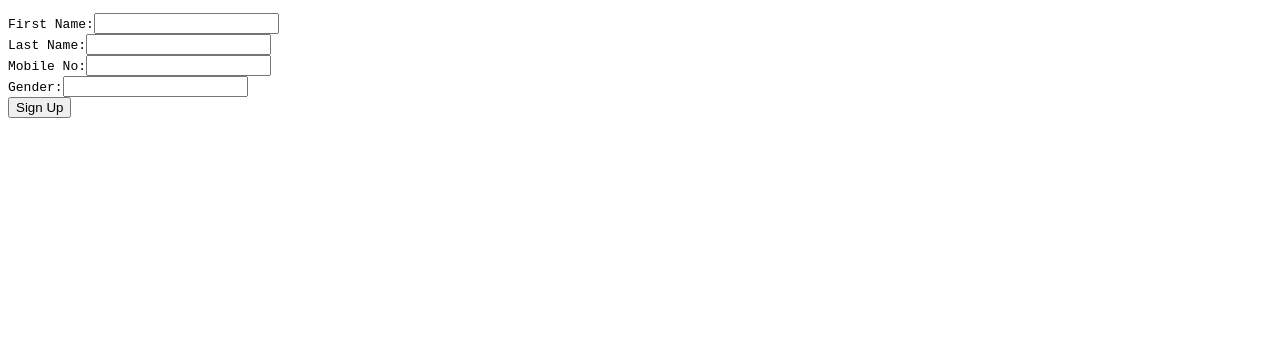
Repository: USChaurasiya/SpringCore
Page: http://localhost/SpringExample/
These files come from the project's save history. The page is drawn as it stood at one moment and after the next save; the edit follows.
The browser window is 1280 px wide. The pictures show the whole page.
The page is served by Tomcat 9.

Above is the page before, as saved 2017-02-14 06:56:12.

After the next save:
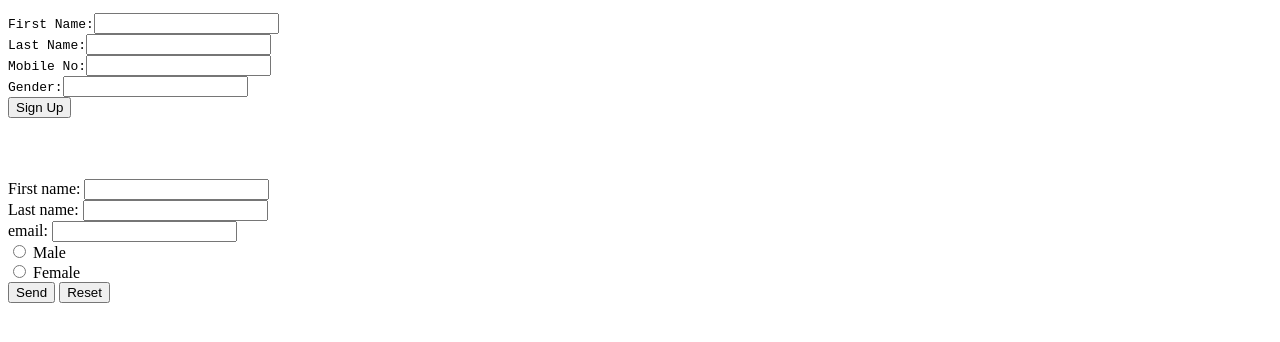
Saved 19 min 16 s later.
--- a/SpringExample/WebContent/Signup.jsp
+++ b/SpringExample/WebContent/Signup.jsp
@@ -15,9 +15,26 @@ Mobile No:<input type="text" name="mobile">
 Gender:<input type="text" name="gender">
 <input type="submit" name="sign up" value="Sign Up">
 
+
+
 </pre>
 
 	</form>
 
+	<FORM action="http://somesite.com/prog/adduser" method="post">
+    <P>
+    <LABEL for="firstname">First name: </LABEL>
+              <INPUT type="text" id="firstname"><BR>
+    <LABEL for="lastname">Last name: </LABEL>
+              <INPUT type="text" id="lastname"><BR>
+    <LABEL for="email">email: </LABEL>
+              <INPUT type="text" id="email"><BR>
+    <INPUT type="radio" name="sex" value="Male"> Male<BR>
+    <INPUT type="radio" name="sex" value="Female"> Female<BR>
+    <INPUT type="submit" value="Send"> <INPUT type="reset">
+    </P>
+ </FORM>
+
+
 </body>
 </html>
